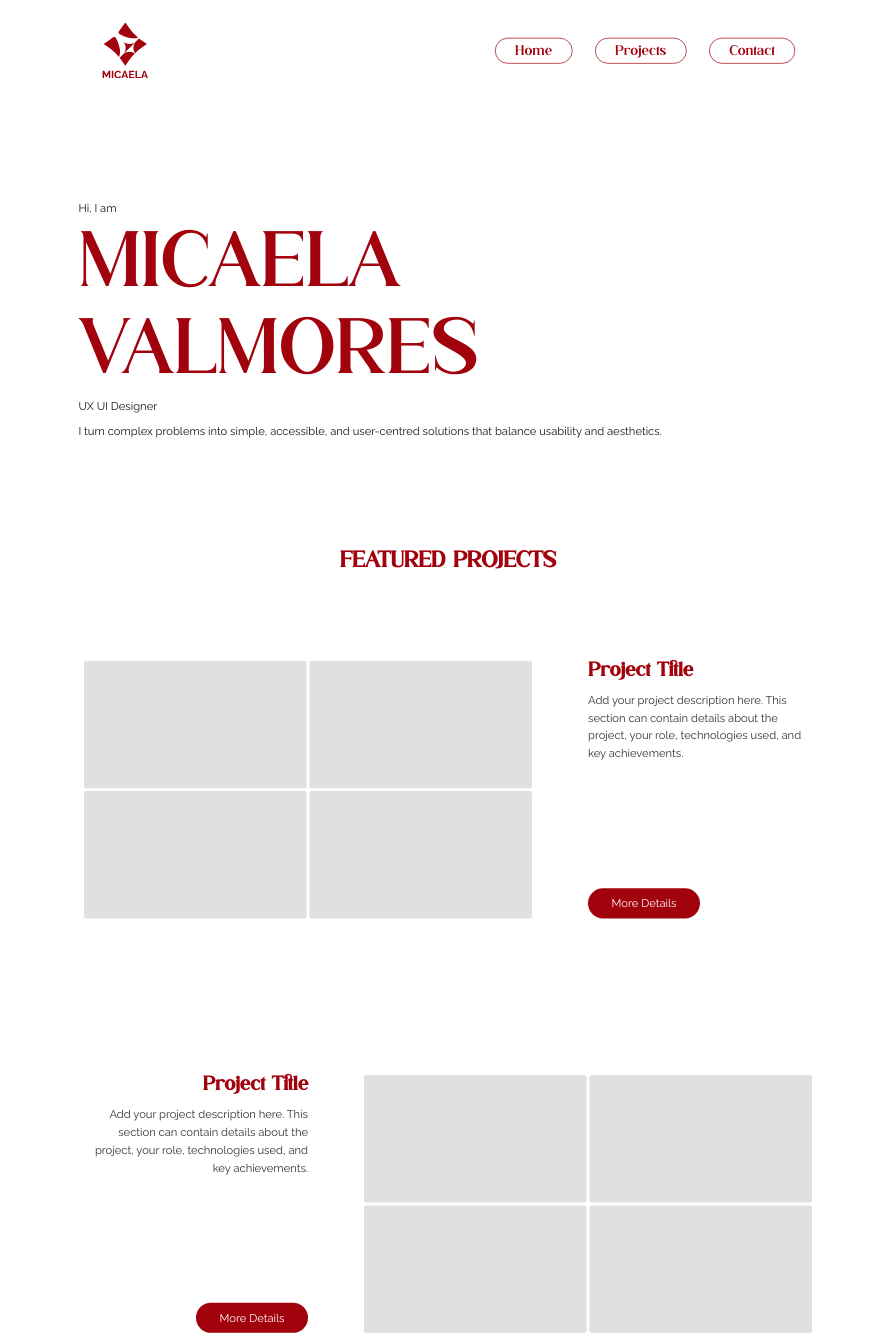
Repository: Micaelavalmores/Micaela-Portfolio
Page: /
The author's editor kept a copy of each file at every save. The page is drawn from the files as they stood at one save, then again after the next save.
The browser window is 1280 px wide. The pictures show the part of the page from y = 0 to 1920 px (the page is 2720 px tall before and 2767 px after), at 70% of full size.
The project was rebuilt for these pictures with package versions that can differ from the ones it lists, and the page was loaded fresh each time. The framework's server and built-in components were replaced by stand-ins that run in the browser. Also part of the build but not shown: next.config.mjs.

Above is the page before, as saved 2026-01-27 13:39:07.

After the next save:
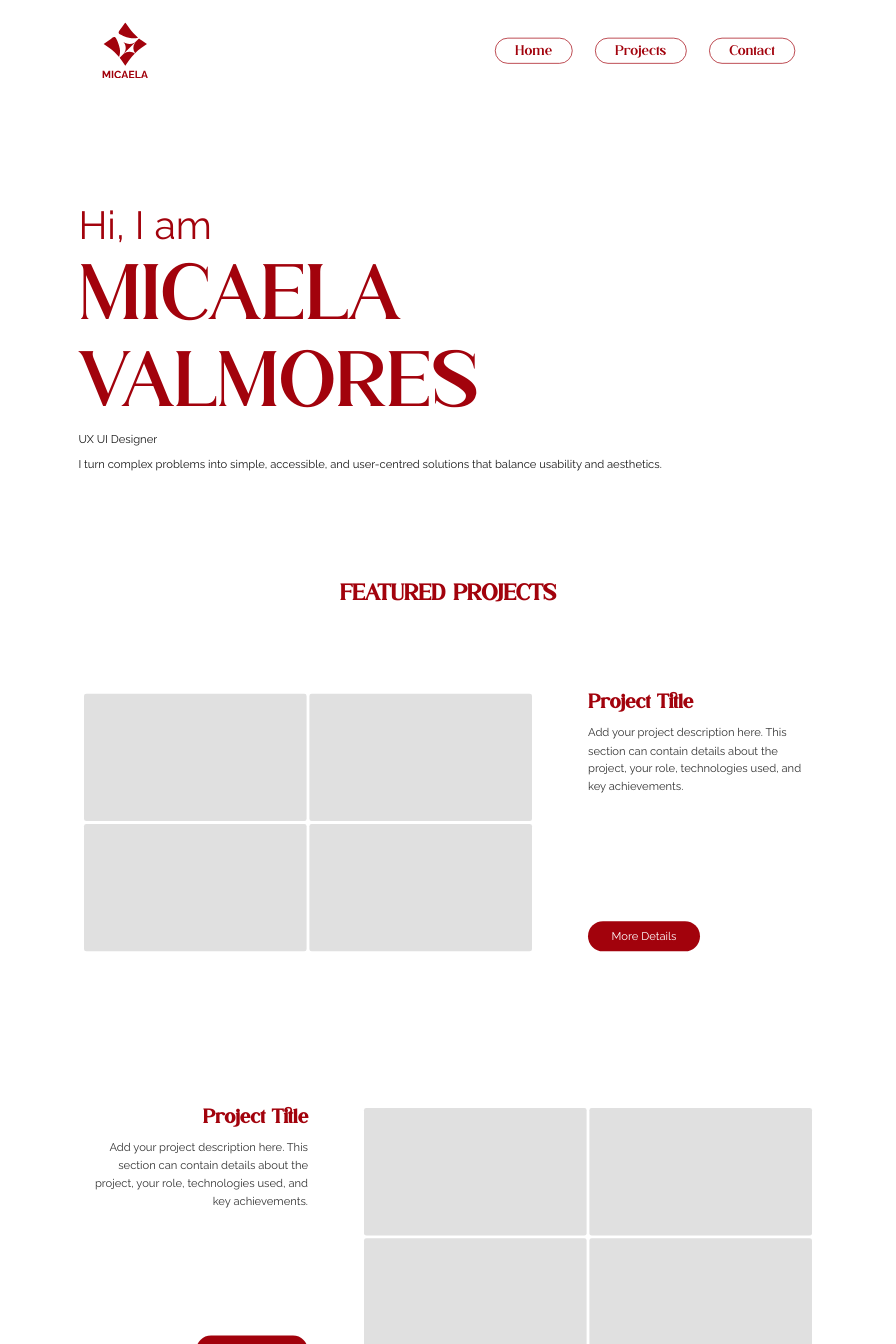
Saved 6 s later.
--- a/app/page.module.css
+++ b/app/page.module.css
@@ -45,7 +45,7 @@
   color: #A2020C;
 }
 
-.intro-sec.intro-greet {
+.intro-greet {
   font-size: 3.5rem;
   font-weight: 400;
   color: #A2020C;
